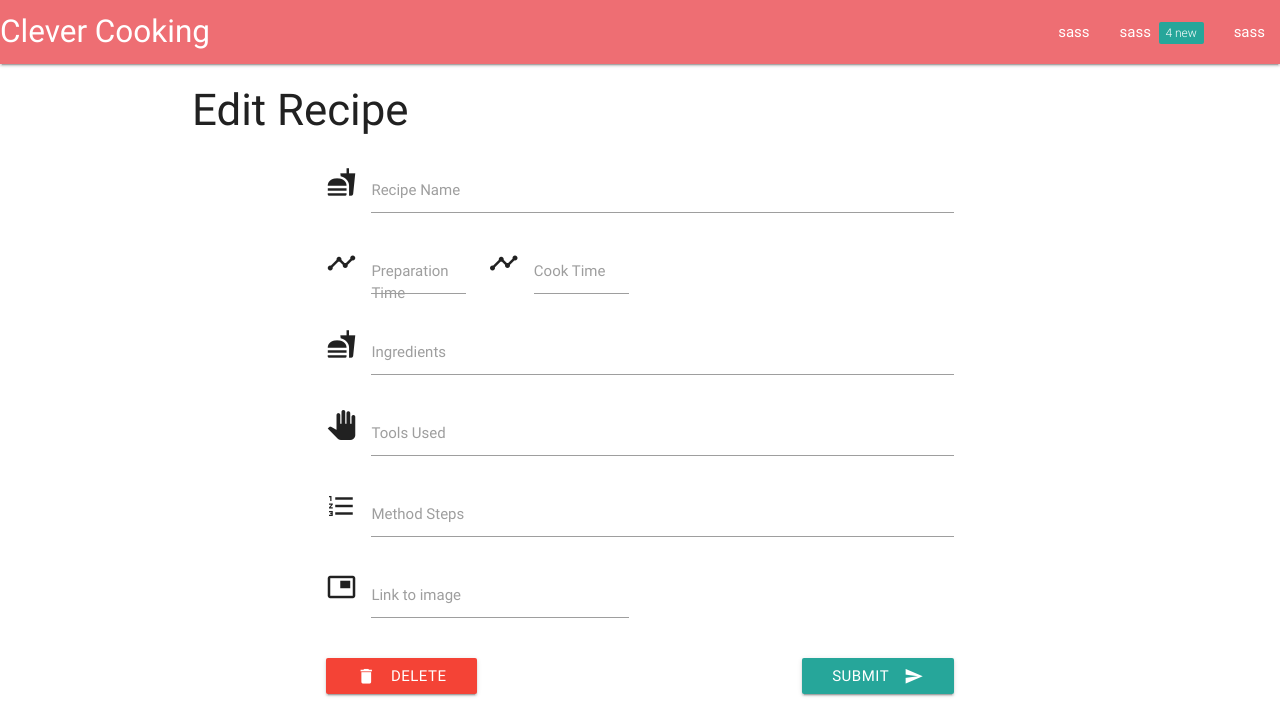
Repository: Code-Institute-Submissions/online-recipe-cookbook
Page: templates/edit_recipe.html
The author's editor kept a record of every edit. The page is drawn from the files as they stood at one moment, then again after the next edit.
The browser window is 1280 px wide. The pictures show the whole page.
Some web libraries are served in a nearby version. The page is served by the project's application, run on Flask 3 (app.py). The template is opened directly, without the code that normally fills it, so the values that code supplies are empty.

Above is the page before.

After the next edit:
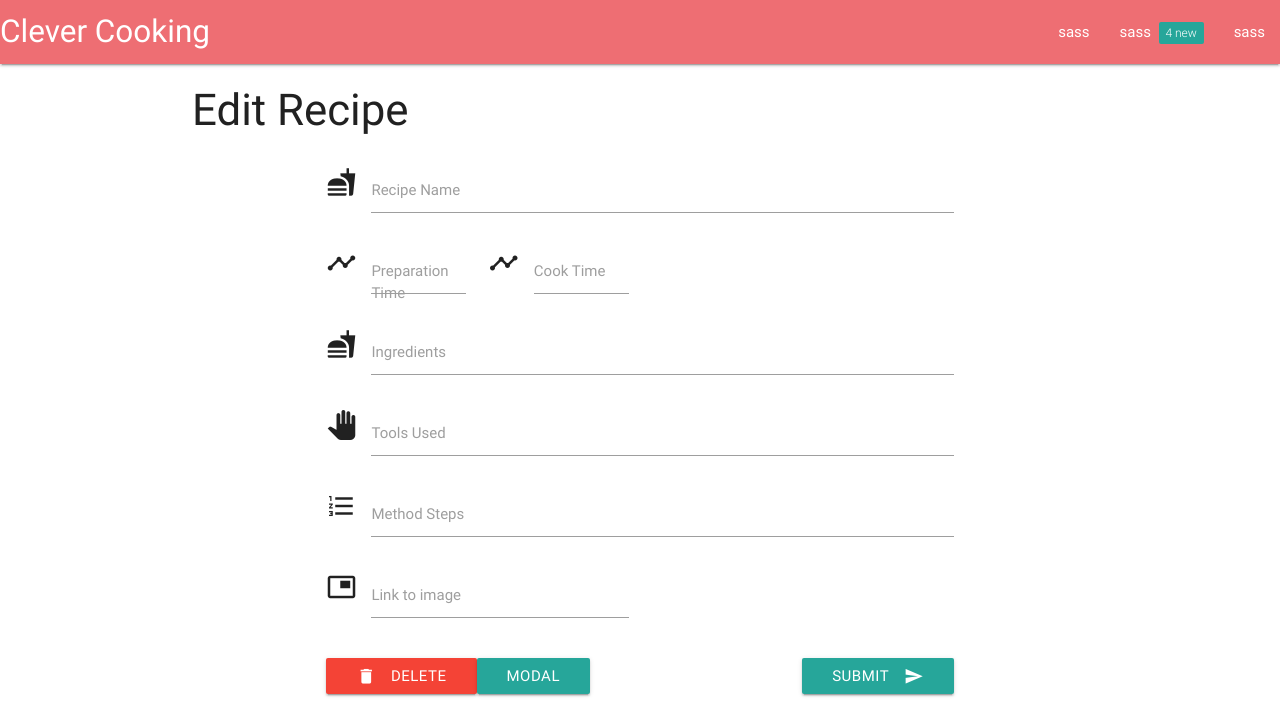
The edit:
--- a/templates/edit_recipe.html
+++ b/templates/edit_recipe.html
@@ -50,7 +50,20 @@
                     </div>
 
                   </div>
-                  <button class="btn waves-effect waves-light red left" type="submit" name="action">Delete
+                  <!-- Modal Trigger -->
+                  <a class="waves-effect waves-light btn modal-trigger" href="#modal1">Modal</a>
+
+                  <!-- Modal Structure -->
+                  <div id="modal1" class="modal">
+                    <div class="modal-content">
+                      <h4>Modal Header</h4>
+                      <p>A bunch of text</p>
+                    </div>
+                    <div class="modal-footer">
+                      <a href="#!" class="modal-close waves-effect waves-green btn-flat">Agree</a>
+                    </div>
+                  </div>
+                  <button data-target="modal1" class="btn modal-trigger red left" type="" name="">Delete
                     <i class="material-icons left">delete</i>
                   </button>
                   <button class="btn waves-effect waves-light right" type="submit" name="action">Submit

After the edit that followed:
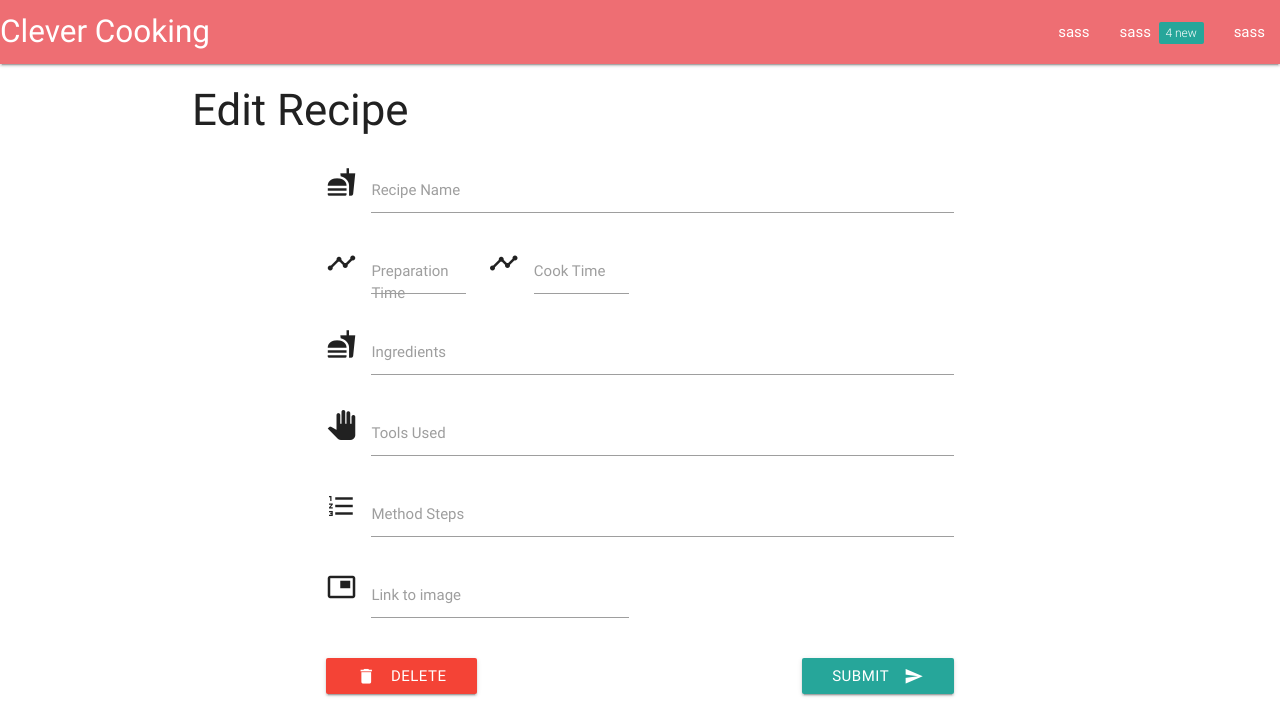
The edit:
--- a/templates/edit_recipe.html
+++ b/templates/edit_recipe.html
@@ -50,11 +50,9 @@
                     </div>
 
                   </div>
-                  <!-- Modal Trigger -->
-                  <a class="waves-effect waves-light btn modal-trigger" href="#modal1">Modal</a>
 
                   <!-- Modal Structure -->
-                  <div id="modal1" class="modal">
+                  <div id="delete_modal" class="modal">
                     <div class="modal-content">
                       <h4>Modal Header</h4>
                       <p>A bunch of text</p>
